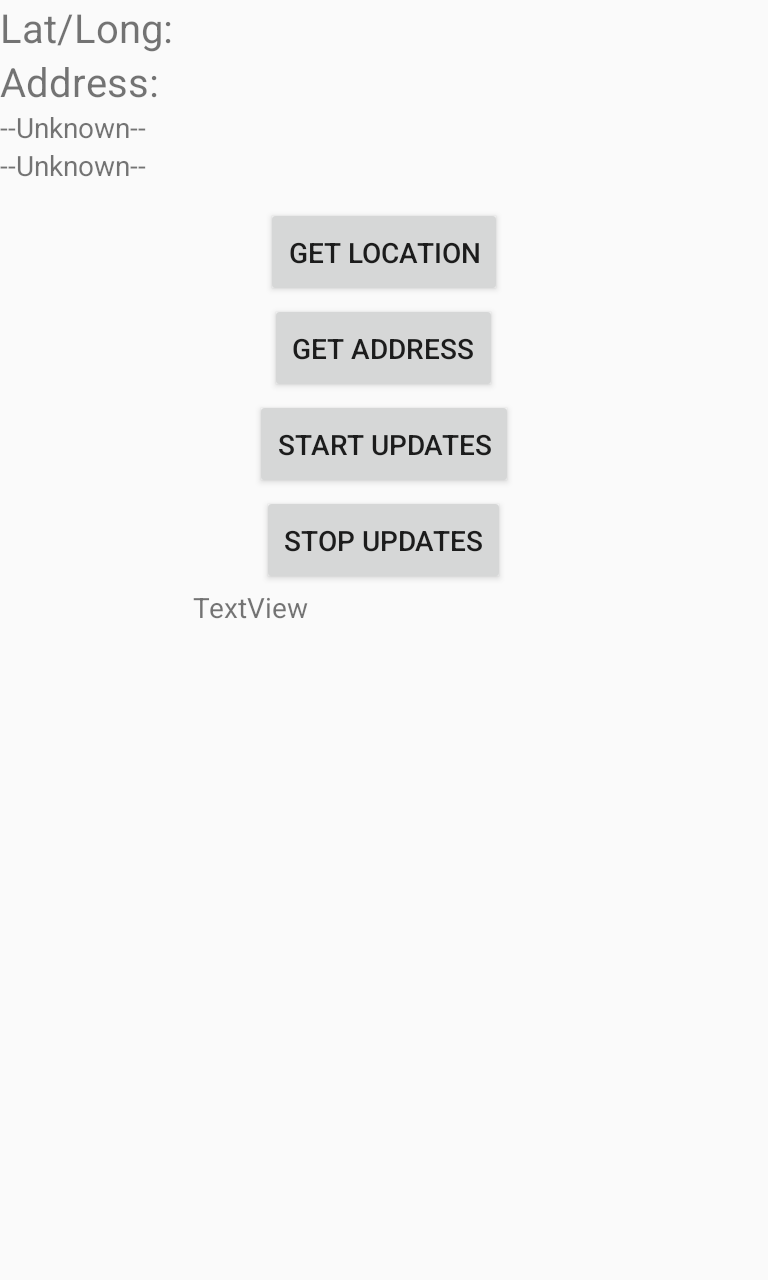
Repository: amitgiri0001/pull-taxi
Layout: New/res/layout/activity_main.xml
These files come from the project's save history. The layout is drawn as it stood at one moment and after the next save; the edit follows.
It is drawn on a 768 x 1280 px phone screen (xhdpi) without system bars, with theme AppTheme; the app's code is not run.

Above is the layout before, as saved 2014-12-09 19:36:29.

After the next save:
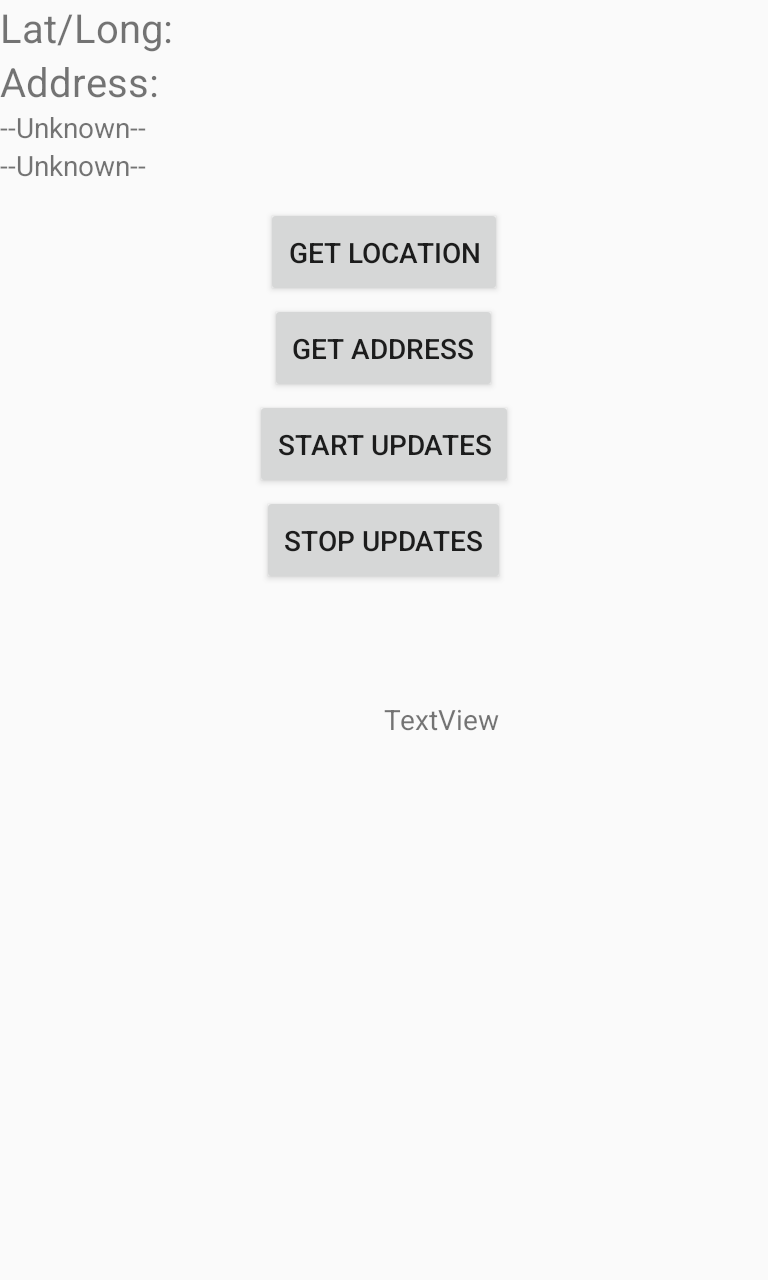
Saved 40 s later.
--- a/New/res/layout/activity_main.xml
+++ b/New/res/layout/activity_main.xml
@@ -128,10 +128,9 @@
         android:id="@+id/result_view"
         android:layout_width="wrap_content"
         android:layout_height="wrap_content"
-        android:layout_alignParentBottom="true"
         android:layout_alignRight="@+id/get_address_button"
         android:layout_below="@+id/stop_updates"
-        android:layout_toRightOf="@+id/lat_lng"
+        android:layout_marginTop="56dp"
         android:text="TextView" />
 
 </RelativeLayout>
